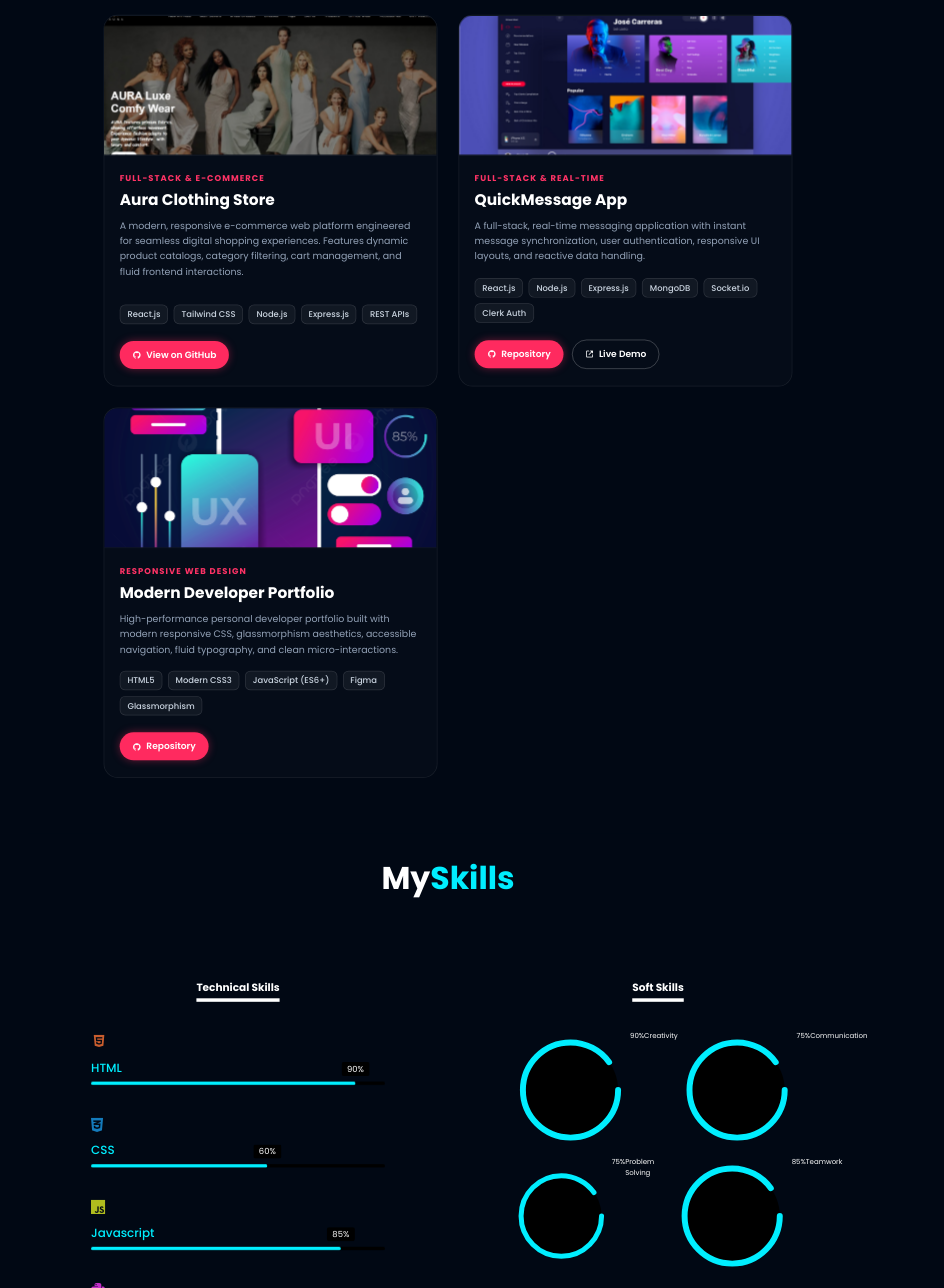
Repository: WathsalaHW/WathsalaHW_Portfolio
Page: index.html
An editor plug-in stored every save of this project. The page is shown before and after the next save, followed by the edit.
The browser window is 1280 px wide. The page is 1348 px wide, so the pictures cover 1348 px, including what lies to the right of the window. The pictures show the part of the page from y = 2413 to 4253 px (the page is 5282 px tall before and 5287 px after), at 70% of full size.

Above is the page before, as saved 2026-09-30 15:19:29.
Console error: TypeError: Cannot read properties of null (reading 'classList')

After the next save:
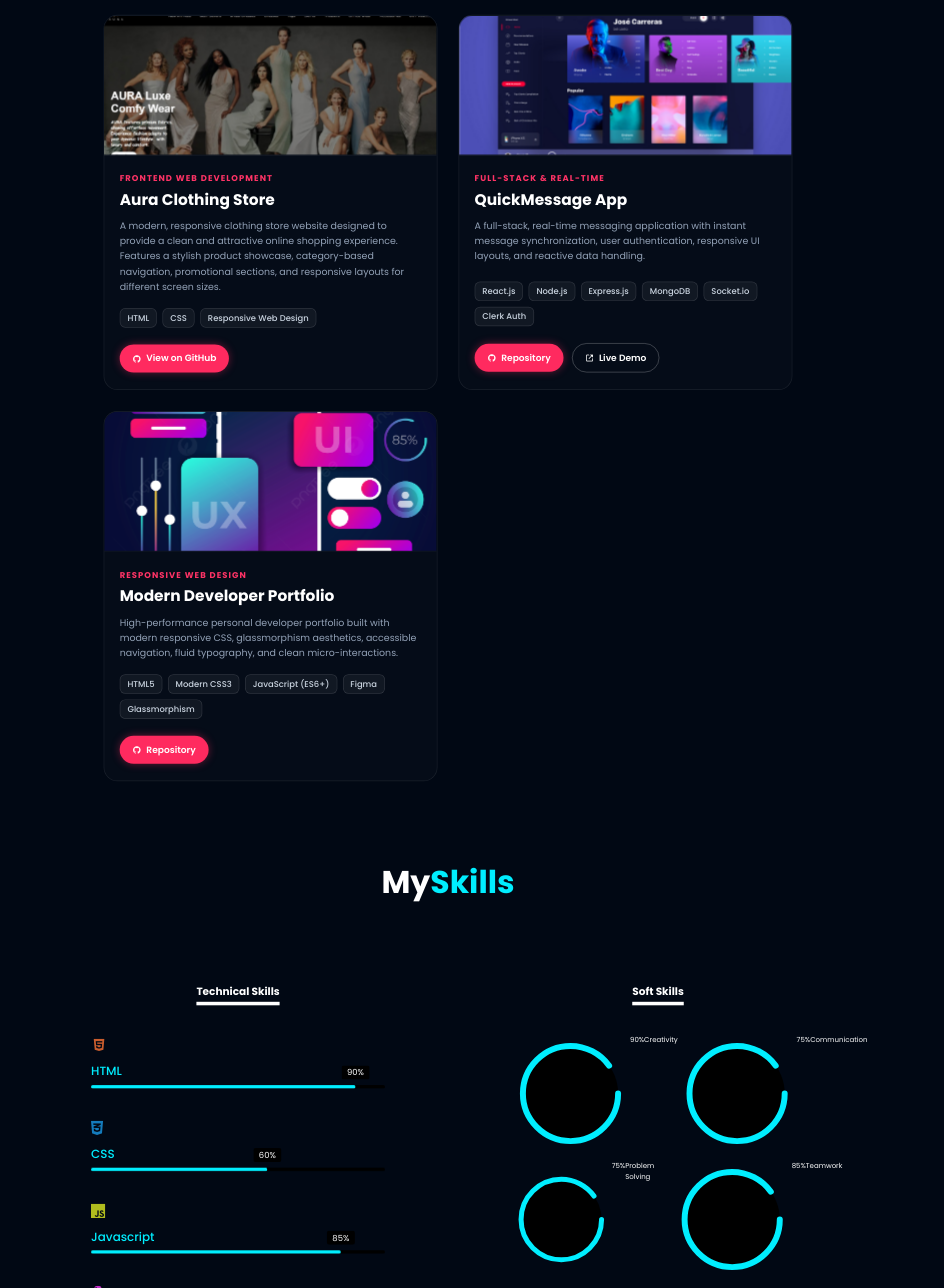
Saved 3 min 33 s later.
--- a/index.html
+++ b/index.html
@@ -311,18 +311,17 @@
           <img src="images/clothing.jpg" alt="Clothing Website Preview">
         </div>
         <div class="project-info">
-          <span class="project-category">Full-Stack &amp; E-Commerce</span>
+          <span class="project-category">Frontend Web Development</span>
           <h3 class="project-title">Aura Clothing Store</h3>
           <p class="project-desc">
-            A modern, responsive e-commerce web platform engineered for seamless digital shopping experiences. Features dynamic product catalogs, category filtering, cart management, and fluid frontend interactions.
+            A modern, responsive clothing store website designed to provide a clean and attractive online shopping experience. Features a stylish product showcase, category-based navigation, promotional sections, and responsive layouts for different screen sizes.
           </p>
 
           <div class="project-tags">
-            <span>React.js</span>
-            <span>Tailwind CSS</span>
-            <span>Node.js</span>
-            <span>Express.js</span>
-            <span>REST APIs</span>
+            <span>HTML</span>
+            <span>CSS</span>
+            <span>Responsive Web Design</span>
+
           </div>
 
           <div class="project-links">
